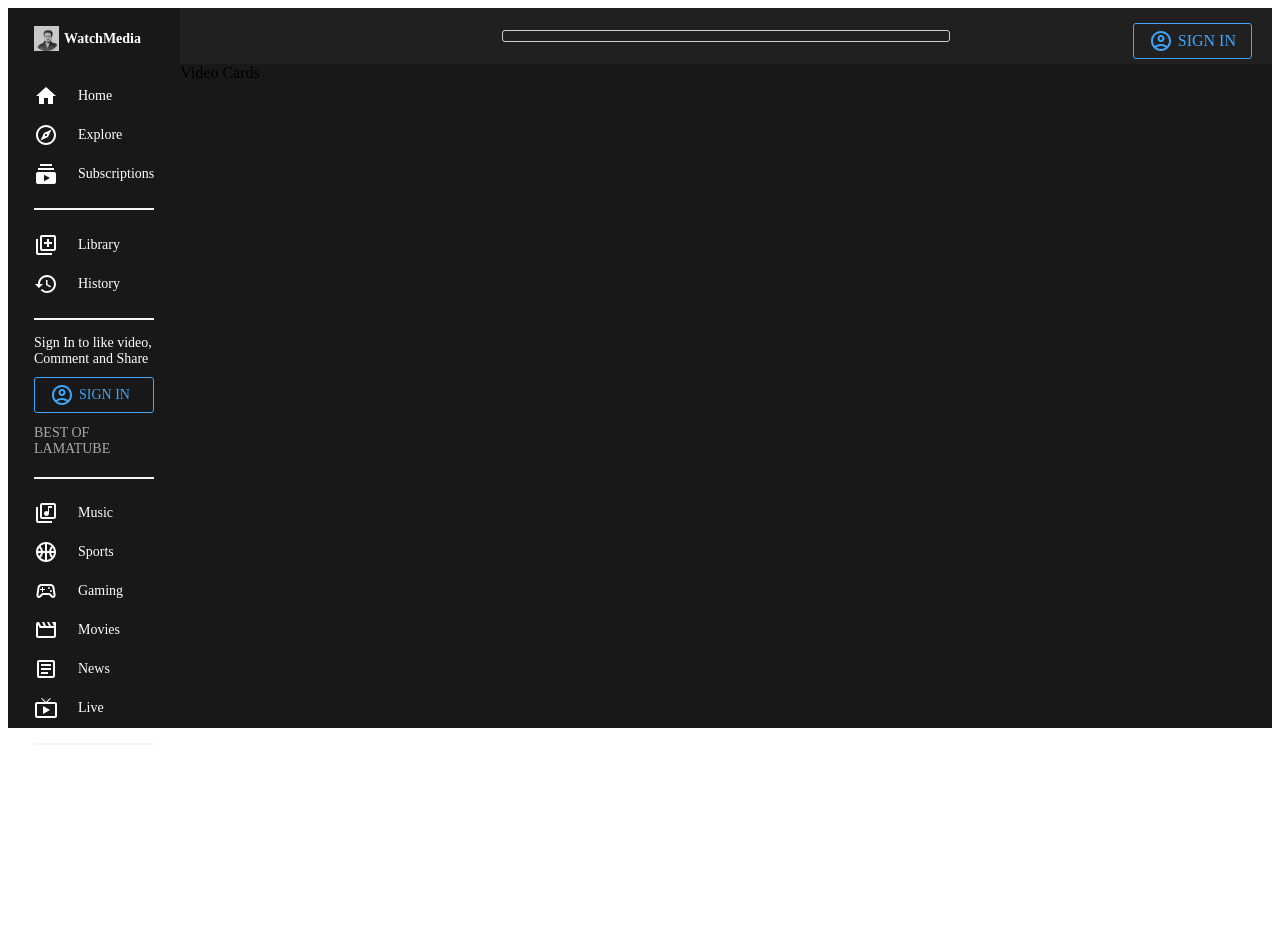
Repository: inzamamahmad3/final-year-project-skeleton
Page: /video
The author's editor kept a copy of each file at every save. The page is drawn from the files as they stood at one save, then again after the next save.
The browser window is 1280 px wide. The pictures show the whole page.
The project was rebuilt for these pictures with package versions that can differ from the ones it lists, and the page was loaded fresh each time.

Above is the page before, as saved 2023-07-18 11:39:54.

### src/App.js
import styled, { ThemeProvider } from "styled-components";
import Menu from "./components/Menu";
import Navbar from "./components/Navbar";
import { darkTheme, lightTheme } from "./utils/Theme";
import { useState } from "react";

const Container = styled.div`
  display: flex;
`;
const Main = styled.div`
  flex: 7;
  background-color: ${({ theme }) => theme.bg};
`;
const Wrapper = styled.div``;

function App() {
  const [darkMode, setDarkMode] = useState(true);
  return (
    <>
      <ThemeProvider theme={darkMode ? darkTheme : lightTheme}>
        <Container>
          <Menu darkMode={darkMode} setDarkMode={setDarkMode} />
          <Main>
            <Navbar />
            <Wrapper>Video Cards</Wrapper>
          </Main>
        </Container>
      </ThemeProvider>
    </>
  );
}

export default App;

### src/components/Menu.jsx
import React from "react";
import styled from "styled-components";
import watch from "../img/pic.png";
import HomeIcon from "@mui/icons-material/Home";
import ExploreOutlinedIcon from "@mui/icons-material/ExploreOutlined";
import SubscriptionsIcon from "@mui/icons-material/Subscriptions";
import LibraryAddOutlinedIcon from "@mui/icons-material/LibraryAddOutlined";
import HistoryOutlinedIcon from "@mui/icons-material/HistoryOutlined";
import LibraryMusicOutlinedIcon from "@mui/icons-material/LibraryMusicOutlined";
import SportsEsportsOutlinedIcon from "@mui/icons-material/SportsEsportsOutlined";
import SportsBasketballOutlinedIcon from "@mui/icons-material/SportsBasketballOutlined";
import MovieOutlinedIcon from "@mui/icons-material/MovieOutlined";
import ArticleOutlinedIcon from "@mui/icons-material/ArticleOutlined";
import LiveTvOutlinedIcon from "@mui/icons-material/LiveTvOutlined";
import AccountCircleOutlinedIcon from "@mui/icons-material/AccountCircleOutlined";
import SettingsOutlinedIcon from "@mui/icons-material/SettingsOutlined";
import FlagOutlinedIcon from "@mui/icons-material/FlagOutlined";
import HelpOutlineOutlinedIcon from "@mui/icons-material/HelpOutlineOutlined";
import SettingsBrightnessOutlinedIcon from "@mui/icons-material/SettingsBrightnessOutlined";
import { Link } from "react-router-dom";

const Container = styled.div`
  flex: 1;
  background-color: ${({ theme }) => theme.bg};
  height: 100vh;
  color: ${({ theme }) => theme.text};
  font-size: 14px;
  position: sticky;
  top: 0;
`;

const Wrapper = styled.div`
  padding: 18px 26px;
`;

const Logo = styled.div`
  display: flex;
  align-items: center;
  gap: 5px;
  font-weight: bold;
  margin-bottom: 25px;
`;

const Item = styled.div`
  display: flex;
  align-items: center;
  gap: 20px;
  cursor: pointer;
  padding: 7.5px 0px;
`;

const Img = styled.img`
  height: 25px;
`;

const Hr = styled.hr`
  margin: 15px 0px;
  border: 0.5px solid ${({ theme }) => theme.soft};
`;

const Login = styled.div``;
const Button = styled.div`
  padding: 5px 15px;
  background-color: transparent;
  border: 1px solid #3ea6ff;
  color: #3ea6ff;
  border-radius: 3px;
  font-weight: 500;
  margin-top: 10px;
  cursor: pointer;
  display: flex;
  align-items: center;
  gap: 5px;
`;

const Title = styled.h2`
  font-size: 14px;
  font-weight: 500;
  color: #aaaaaa;
  margin-bottom: 20px;
`;

function Menu({ darkMode, setDarkMode }) {
  return (
    <Container>
      <Wrapper>
        <Logo>
          <Img src={watch} />
          WatchMedia
        </Logo>
        <Item>
          <HomeIcon />
          Home
        </Item>
        <Item>
          <ExploreOutlinedIcon />
          Explore
        </Item>
        <Item>
          <SubscriptionsIcon />
          Subscriptions
        </Item>
        <Hr />
        <Item>
          <LibraryAddOutlinedIcon />
          Library
        </Item>
        <Item>
          <HistoryOutlinedIcon />
          History
        </Item>
        <Hr />
        <Login>
          Sign In to like video, Comment and Share
          <Button>
            <AccountCircleOutlinedIcon /> SIGN IN
          </Button>
        </Login>
        <Title>BEST OF LAMATUBE</Title>
        <Hr />
        <Item>
          <LibraryMusicOutlinedIcon />
          Music
        </Item>
        <Item>
          <SportsBasketballOutlinedIcon />
          Sports
        </Item>
        <Item>
          <SportsEsportsOutlinedIcon />
          Gaming
        </Item>
        <Item>
          <MovieOutlinedIcon />
          Movies
        </Item>
        <Item>
          <ArticleOutlinedIcon />
          News
        </Item>
        <Item>
          <LiveTvOutlinedIcon />
          Live
        </Item>
        <Hr />
        <Item>
          <SettingsOutlinedIcon />
          Settings
        </Item>
        <Item>
          <FlagOutlinedIcon />
          Report
        </Item>
        <Item>
          <HelpOutlineOutlinedIcon />
          Help
        </Item>
        <Item onClick={() => setDarkMode(!darkMode)}>
          <SettingsBrightnessOutlinedIcon />
          Light Mode
        </Item>
      </Wrapper>
    </Container>
  );
}

export default Menu;

### src/components/Navbar.jsx
import React from "react";
import styled from "styled-components";
import AccountCircleOutlinedIcon from "@mui/icons-material/AccountCircleOutlined";

const Container = styled.div`
  position: sticky;
  top: 0;
  background-color: ${({ theme }) => theme.bgLighter};
  height: 56px;
`;
const Wrapper = styled.div`
  display: flex;
  align-items: center;
  justify-content: flex-end;
  height: 100%;
  padding: 0px 20px;
  position: relative;
`;

const Search = styled.div`
  width: 40%;
  position: absolute;
  left: 0px;
  right: 0px;
  margin: auto;
  display: flex;
  align-items: center;
  justify-content: space-between;
  padding: 5px;
  border: 1px solid #ccc;
  border-radius: 3px;
`;

const Input = styled.input`
  border: none;
  background-color: transparent;
  outline: none;
  color: ${({ theme }) => theme.text};
`;

const Button = styled.div`
  padding: 5px 15px;
  background-color: transparent;
  border: 1px solid #3ea6ff;
  color: #3ea6ff;
  border-radius: 3px;
  font-weight: 500;
  margin-top: 10px;
  cursor: pointer;
  display: flex;
  align-items: center;
  gap: 5px;
`;

const Navbar = () => {
  return (
    <Container>
      <Wrapper>
        <Search></Search>
        <Button>
          <AccountCircleOutlinedIcon /> SIGN IN
        </Button>
      </Wrapper>
    </Container>
  );
};

export default Navbar;

### src/utils/Theme.js
export const darkTheme = {
  bg: "#181818",
  bgLighter: "#202020",
  text: "white",
  textSoft: "#aaaaaa",
  soft: "#f5f5f5",
};
export const lightTheme = {
  bg: "#f9f9f9",
  bgLighter: "white",
  text: "black",
  textSoft: "#606060",
  soft: "#373737",
};

Loaded but not shown: public/index.html (common file); src/index.js (common file)

After the next save:
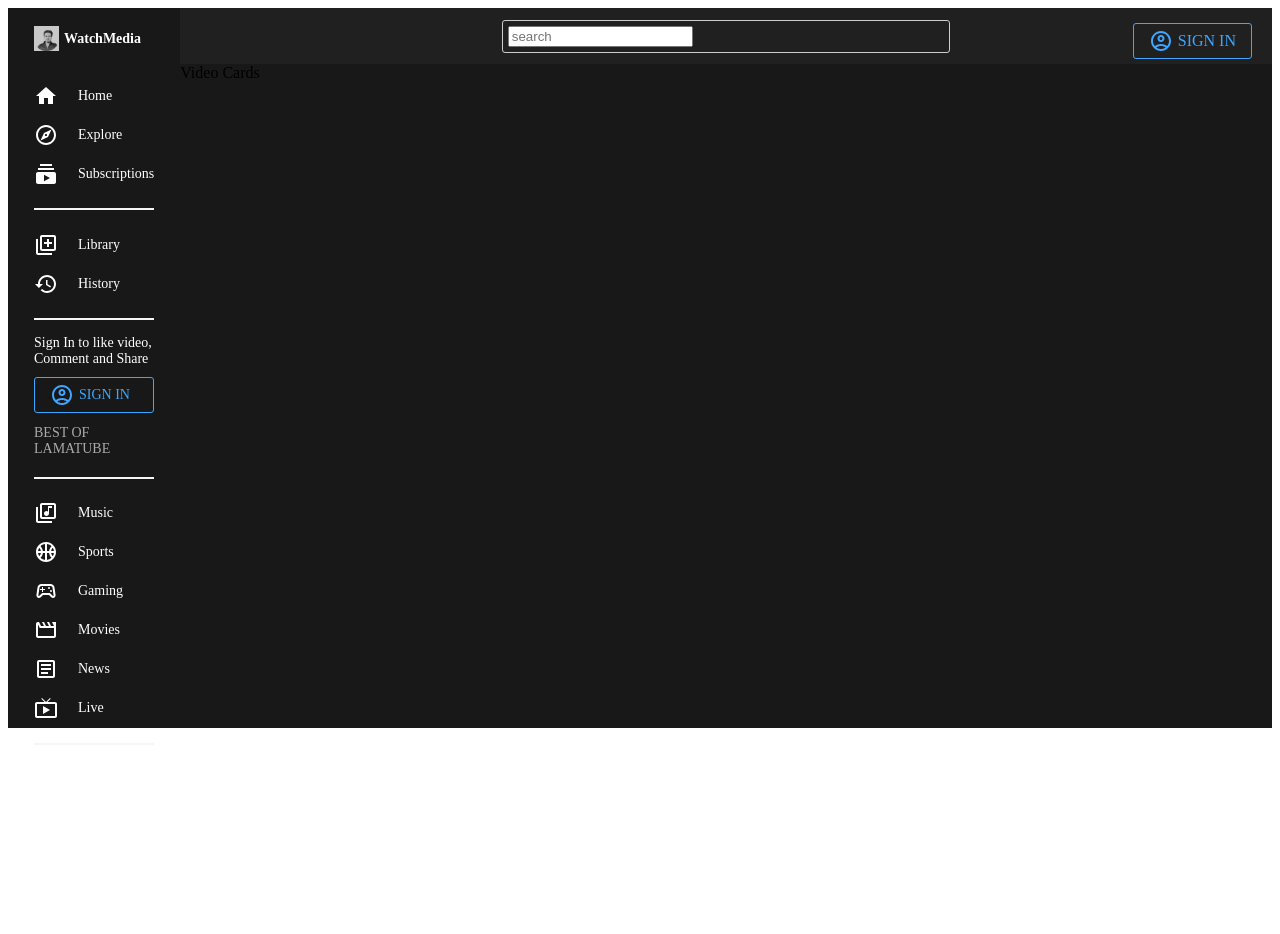
Saved 57 s later.
--- a/src/components/Navbar.jsx
+++ b/src/components/Navbar.jsx
@@ -56,7 +56,9 @@ const Navbar = () => {
   return (
     <Container>
       <Wrapper>
-        <Search></Search>
+        <Search>
+          <input placeholder="search" />
+        </Search>
         <Button>
           <AccountCircleOutlinedIcon /> SIGN IN
         </Button>
